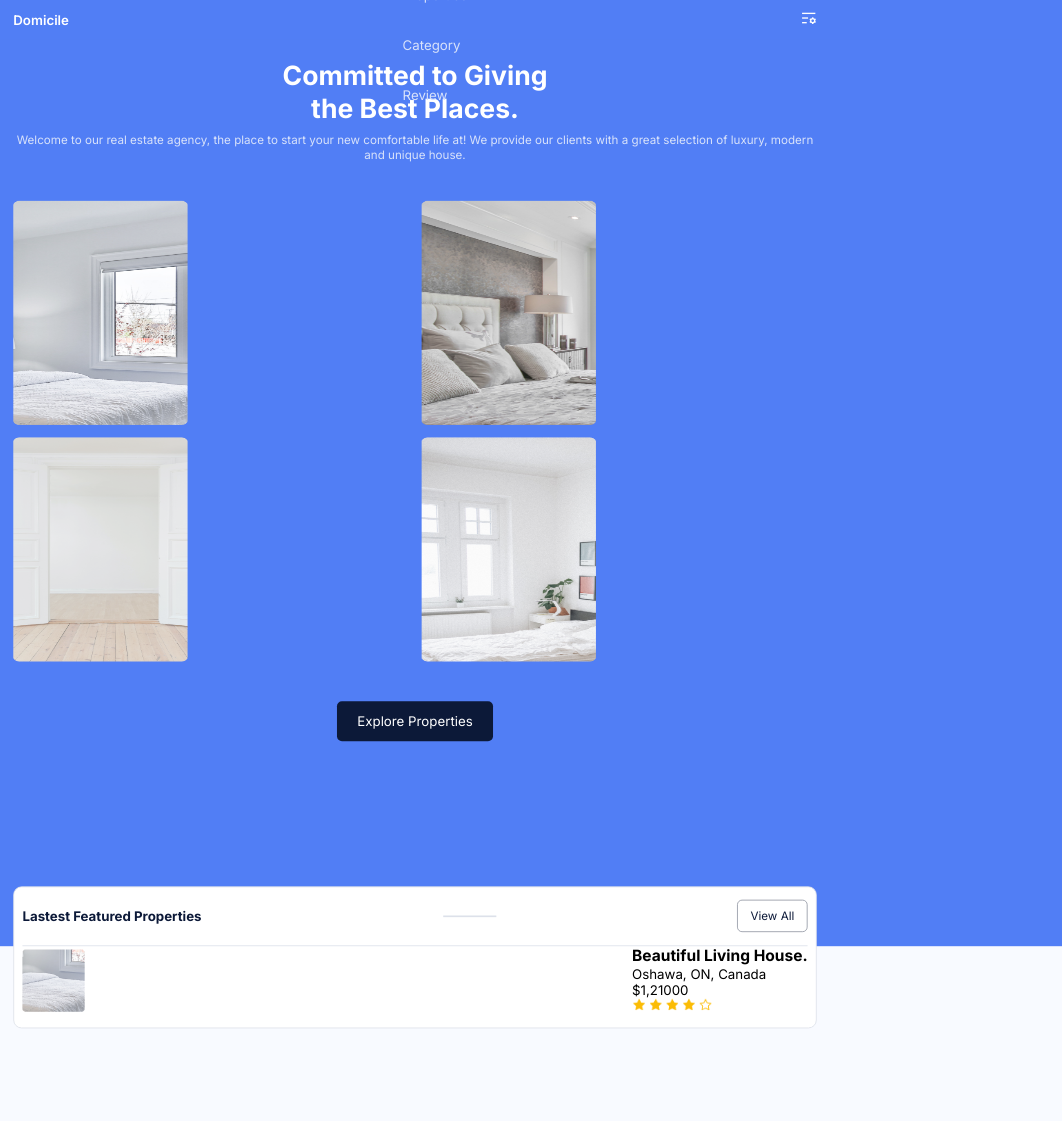
Repository: haokiet2501/domicile-real-estate
Page: index.html
An editor plug-in stored every save of this project. The page is shown before and after the next save, followed by the edit.
The browser window is 1280 px wide. The pictures show the whole page, at 83% of full size.
The style sheet was rebuilt from its Sass, Less or Tailwind sources for each picture, by a compiler version that may differ from the author's.

Above is the page before, as saved 2022-06-11 16:11:02.

After the next save:
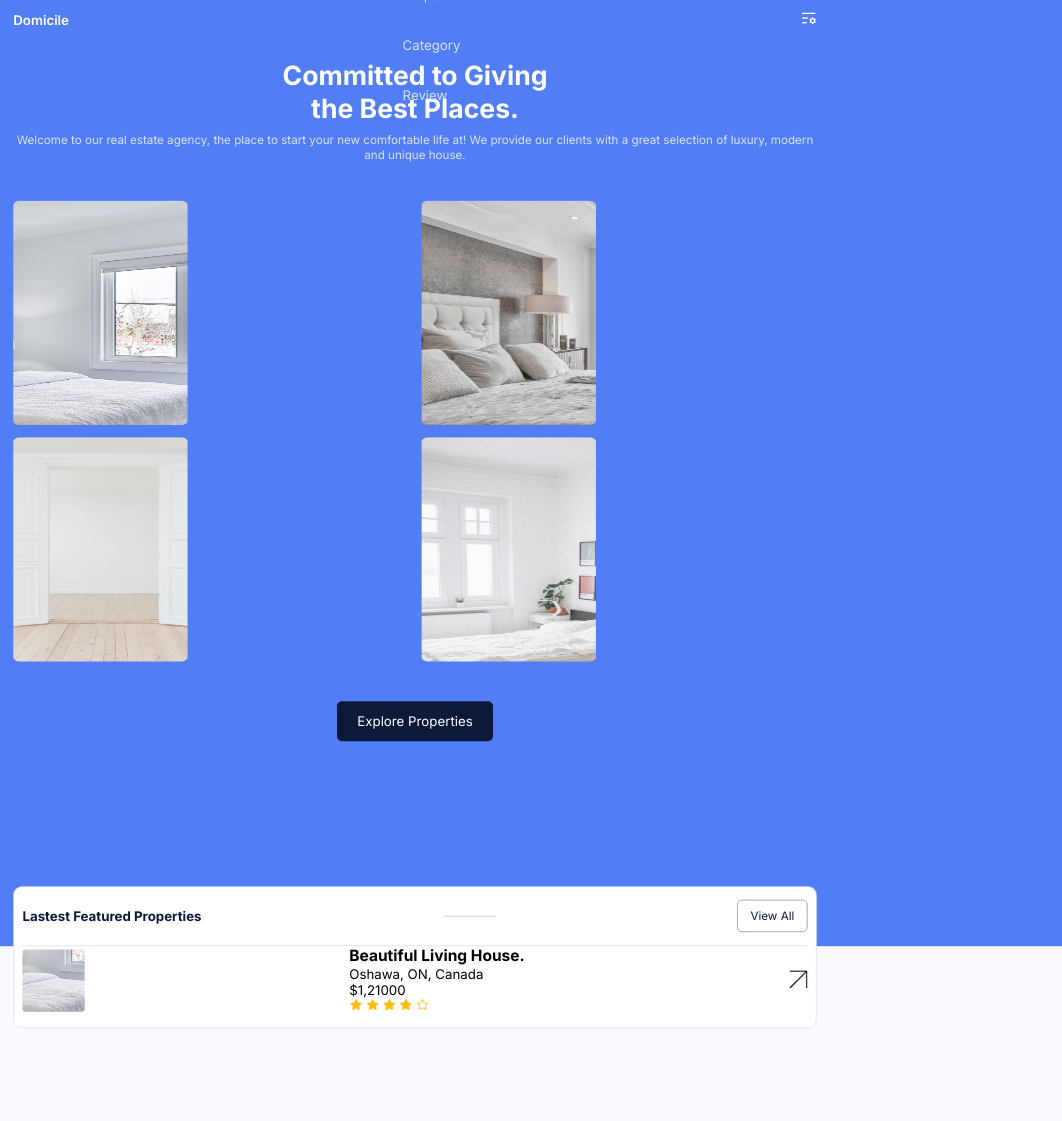
Saved 17 s later.
--- a/index.html
+++ b/index.html
@@ -85,6 +85,11 @@
                             <img src="imgs/rating.png" alt="">
                         </div>
                     </div>
+                    <div class="futured__card-future-btn">
+                        <svg width="22" height="22" viewBox="0 0 22 22" fill="none" xmlns="http://www.w3.org/2000/svg">
+                            <path d="M1 21L21 1M21 1H1M21 1V21" stroke="#0C1938" stroke-width="1.5" stroke-linecap="round" stroke-linejoin="round"/>
+                        </svg>
+                    </div>
                 </div>
             </div>
         </section>
